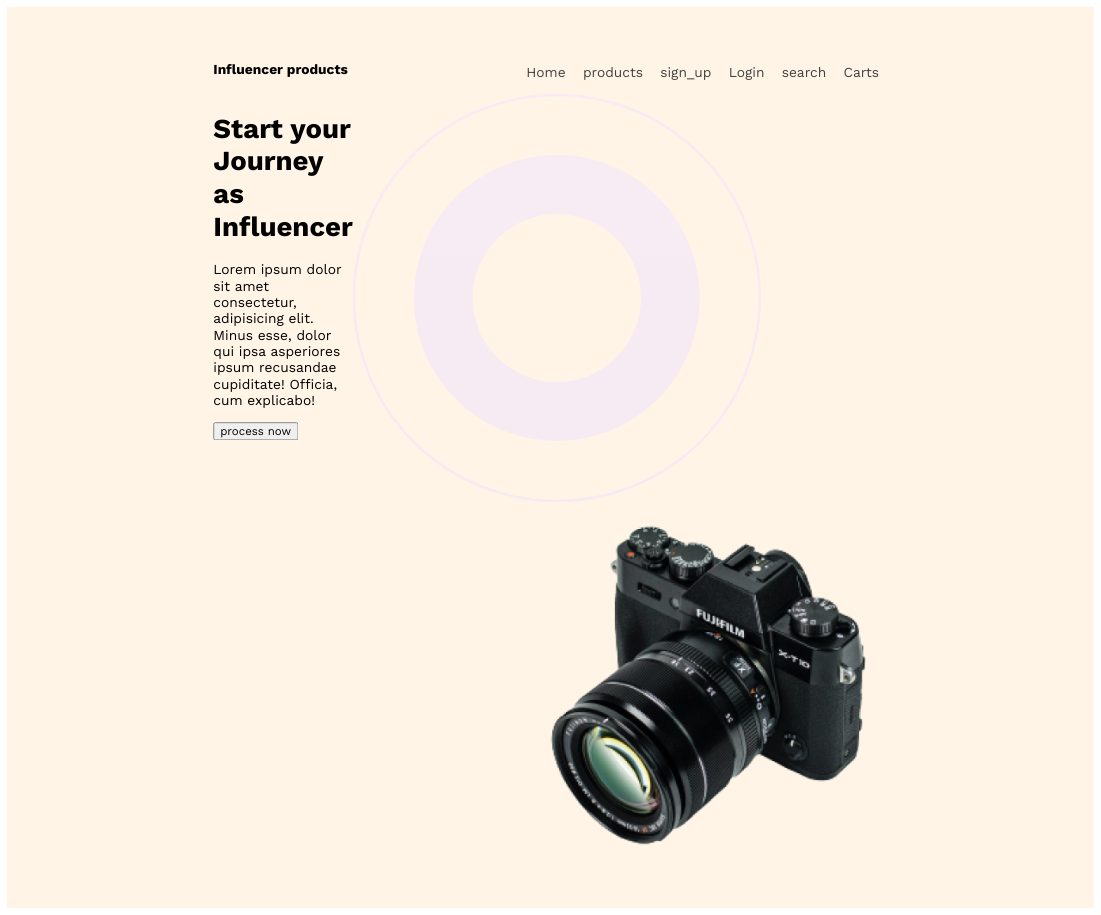
Repository: RudrasahaDibos/Camera-gear
Page: index.html
These files come from the project's save history. The page is drawn as it stood at one moment and after a run of saves; the edit follows.
The browser window is 1280 px wide. The pictures show the whole page, at 86% of full size.

Above is the page before, as saved 2024-10-08 14:45:59.

### index.html
<!DOCTYPE html>
<html lang="en">
<head>
    <meta charset="UTF-8">
    <meta name="viewport" content="width=device-width, initial-scale=1.0">
    <link rel="stylesheet" href="style.css">
    <title>Influencergear</title>
</head>
<body>
          <header class="header-container">
                    <nav class="Influencer-header">

                            <h2>Influencer products</h2>


                            <ul class="Influencer-header-button">
                                <li><a href="">Home</a></li>
                                <li><a href="">products</a></li>
                                <li><a href="">sign_up</a></li>
                                <li><a href="">Login</a></li>
                                <li><a href="">search</a></li>
                                <li><a href="">Carts</a></li>

                            </ul>

                    </nav>
<!-- banner-header -->
                   <div class="banner-header">
                    <div class="banner">
                        <h1 class="banner-title">Start your Journey as
                         Influencer</h1>
                         <p class="banner-discription">Lorem ipsum dolor sit amet consectetur, adipisicing elit. Minus esse,
                         dolor qui ipsa asperiores ipsum recusandae cupiditate! Officia, cum explicabo!</p>
                         <button class="banner-button">process now</button>
                 </div>
              <div class="banner-img">
                 <img class="banner-img1" src="images/Circle design.svg" alt="">
                 <img  class="banner-img-2" src="images/main-camera.png" alt="">
             </div>
                   </div>
          </header>

          <main>

          </main>

          <footer>

          </footer>
</body>
</html>

### style.css

@import url('https://fonts.googleapis.com/css2?family=Work+Sans:ital,wght@0,100..900;1,100..900&display=swap');
/* shared section
 */
*{
    font-family: "Lato", sans-serif;
    font-family: "Open Sans", sans-serif;
    font-family: "Work sans", sans-serif;


}


/* header */
.header-container{
    background-color: rgba(255,144,14,0.10);
    padding: 50px 240px;
}
.Influencer-header{
    display: flex;
    justify-content: space-between;
    text-align: center;
}
.Influencer-header h2{
    font-size: 1rem;
    width: 500;
}
.Influencer-header-button{
    display: flex;

}
.Influencer-header-button li{
    list-style: none;
}
.Influencer-header-button li a{
    margin: 10px;
    text-decoration: none;
    color: #424242

}

/* header banner */

.banner-header{
    display: flex;
    justify-content: space-evenly;
}
.banner-img1{

}
.banner-img-2{
    margin-left: 200px;
    position: relative;
}



/* media quaiy */
@media screen and (max-width:576px) {

}

After the next 2 saves:
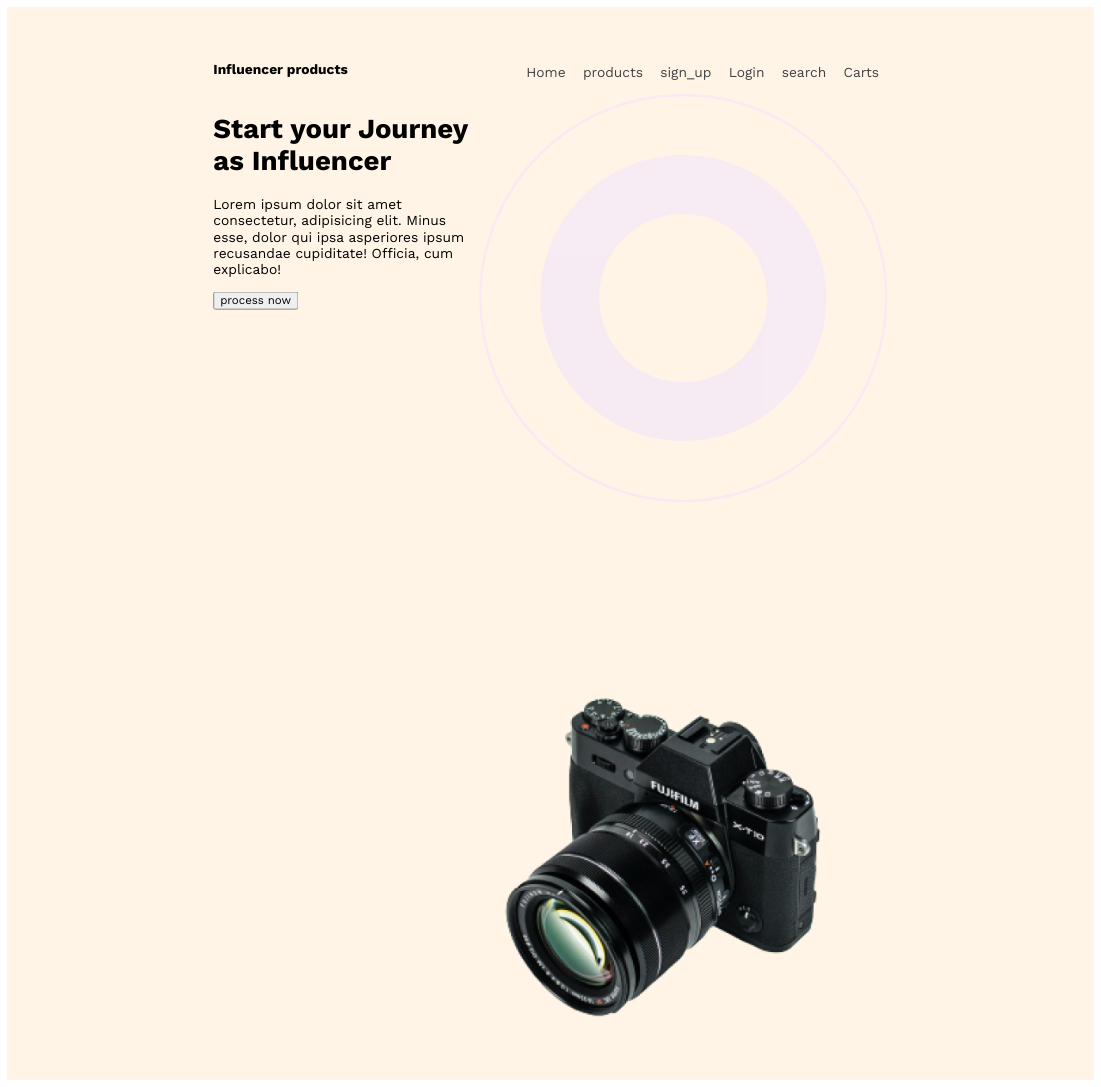
The 2 saves are shown as one change because they came seconds apart.
The last was saved 9 s later.
--- a/style.css
+++ b/style.css
@@ -49,7 +49,7 @@
 
 }
 .banner-img-2{
-    margin-left: 200px;
+    margin-top: 200px;
     position: relative;
 }
 
